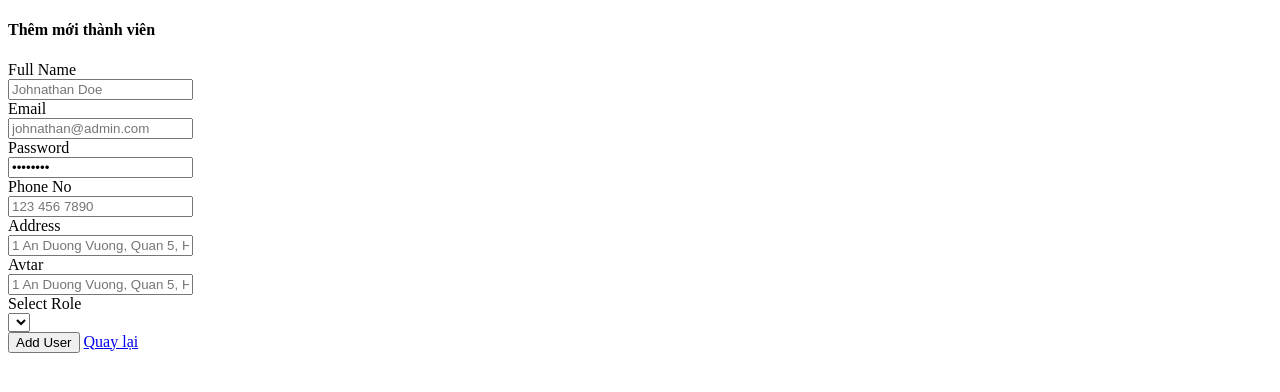
Repository: mindland/CrmApp
Page: http://localhost/CrmApp/WEB-INF/views/user/add.jsp
The author's editor kept a copy of each file at every save. The page is drawn from the files as they stood at one save, then again after the next save.
The browser window is 1280 px wide. The pictures show the whole page.
The page is served by Tomcat 9. Nobody is signed in. The template is opened directly, without the code that normally fills it, so the values that code supplies are empty.

Above is the page before, as saved 2020-09-12 12:35:21.

After the next save:
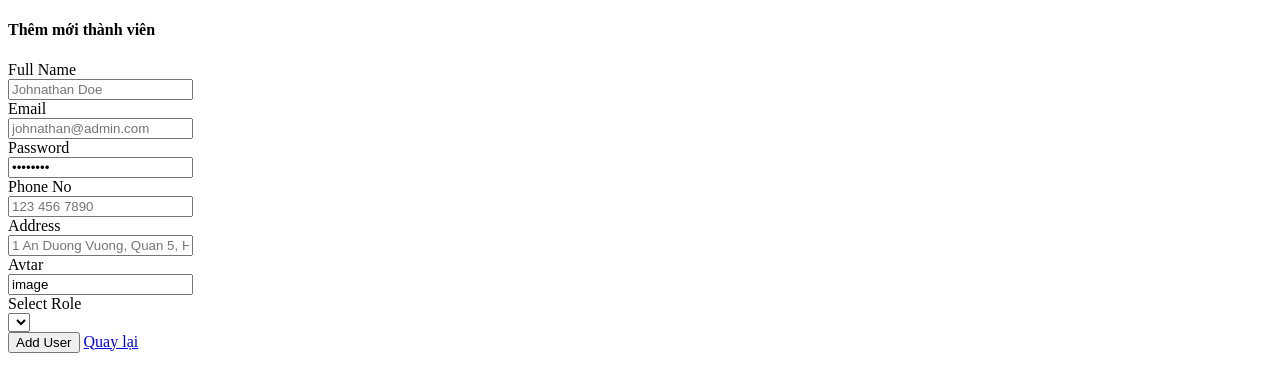
Saved 30 s later.
--- a/CrmApp/WebContent/WEB-INF/views/user/add.jsp
+++ b/CrmApp/WebContent/WEB-INF/views/user/add.jsp
@@ -62,8 +62,8 @@
 						<label class="col-sm-12">Avtar</label>
 						<div class="col-md-12">
 							<input type="text"
-								placeholder="1 An Duong Vuong, Quan 5, Ho Chi Minh city"
-								class="form-control form-control-line" name="address">
+								placeholder="anh"
+								class="form-control form-control-line" name="avatar" value="image">
 						</div>
 					</div>
 					<div class="form-group">
